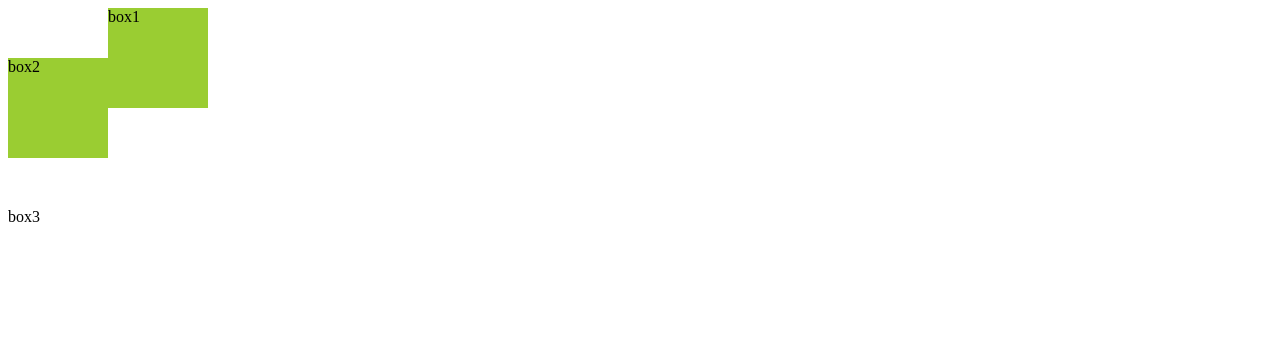
Repository: northpx/animation
Page: index.html
The author's editor kept a copy of each file at every save. The page is drawn from the files as they stood at one save, then again after a run of saves.
The browser window is 1280 px wide. The pictures show the whole page.

Above is the page before, as saved 2022-12-19 19:21:44.

After the next 2 saves:
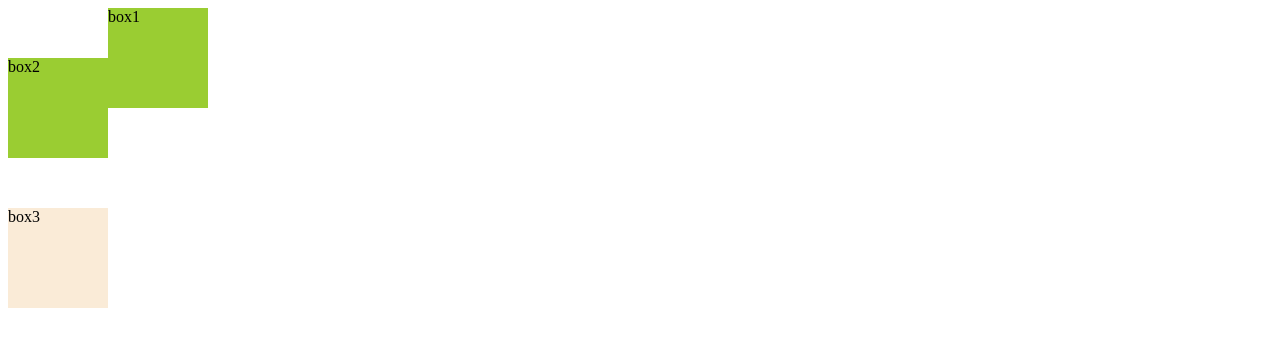
The 2 saves are shown as one change because they came seconds apart.
The last was saved 8 s later.
--- a/style.css
+++ b/style.css
@@ -35,5 +35,6 @@
 .box3{
     width: 100px;
     height: 100px;
-    background-color: ;
+    background-color: antiquewhite;
+    transform: translate();
 }
